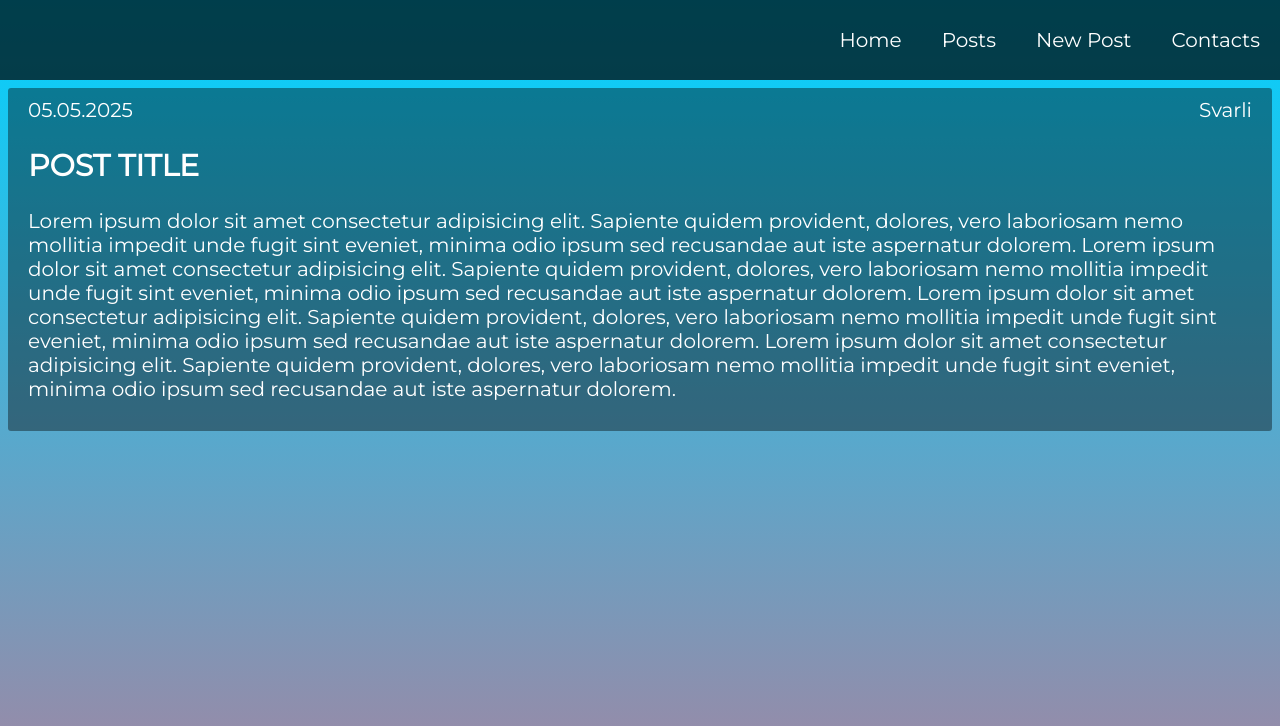
Repository: EgorSherstnev/https---github.com-EgorSherstnev-Node_FirstProject
Page: http://localhost/posts/1
An editor plug-in stored every save of this project. The page is shown before and after the next save, followed by the edit.
The browser window is 1280 px wide. The pictures show the whole page.
The page is served by the project's Node server (server.js).

Above is the page before, as saved 2023-03-13 21:13:07.

After the next save:
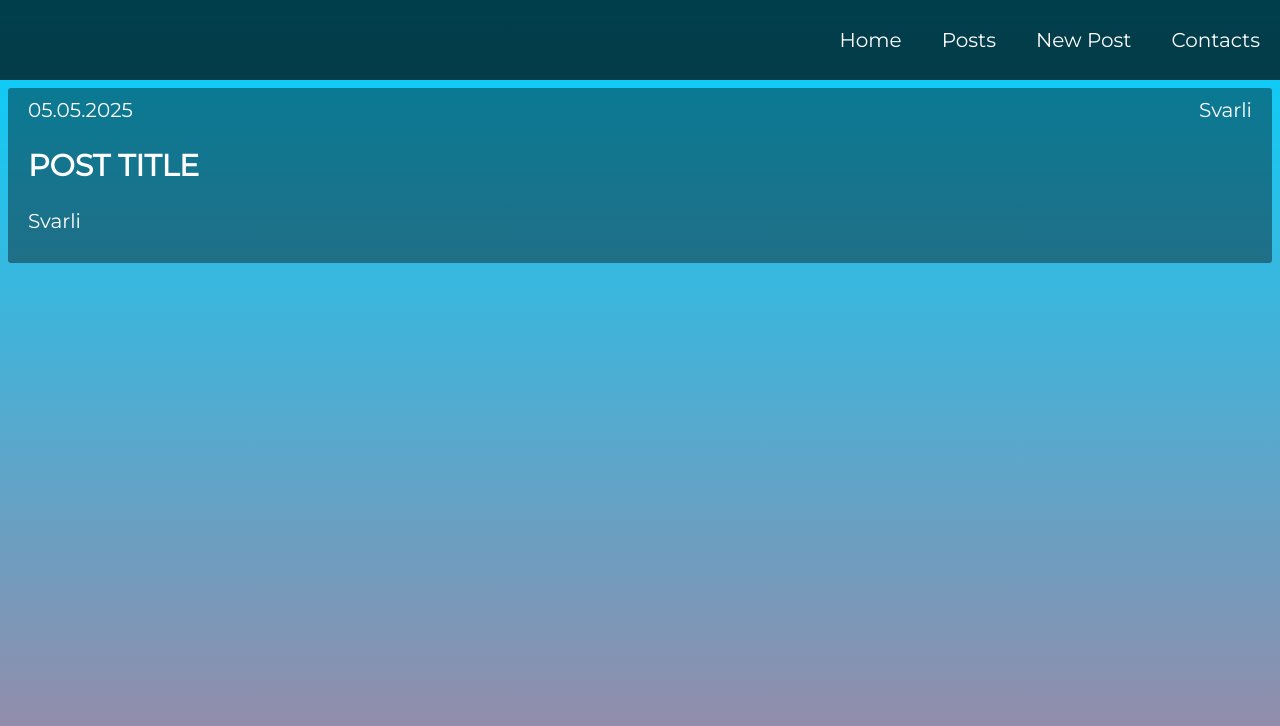
Saved 35 s later.
--- a/ejs-views/post.ejs
+++ b/ejs-views/post.ejs
@@ -10,10 +10,7 @@
     </div>
     <h1><%= post.title %></h1>
     <p>
-      Lorem ipsum dolor sit amet consectetur adipisicing elit. Sapiente quidem provident, dolores, vero laboriosam nemo mollitia impedit unde fugit sint eveniet, minima odio ipsum sed recusandae aut iste aspernatur dolorem.
-      Lorem ipsum dolor sit amet consectetur adipisicing elit. Sapiente quidem provident, dolores, vero laboriosam nemo mollitia impedit unde fugit sint eveniet, minima odio ipsum sed recusandae aut iste aspernatur dolorem.
-      Lorem ipsum dolor sit amet consectetur adipisicing elit. Sapiente quidem provident, dolores, vero laboriosam nemo mollitia impedit unde fugit sint eveniet, minima odio ipsum sed recusandae aut iste aspernatur dolorem.
-      Lorem ipsum dolor sit amet consectetur adipisicing elit. Sapiente quidem provident, dolores, vero laboriosam nemo mollitia impedit unde fugit sint eveniet, minima odio ipsum sed recusandae aut iste aspernatur dolorem.
+      <%= post.author %>
     </p>
   </article>
 </body>
